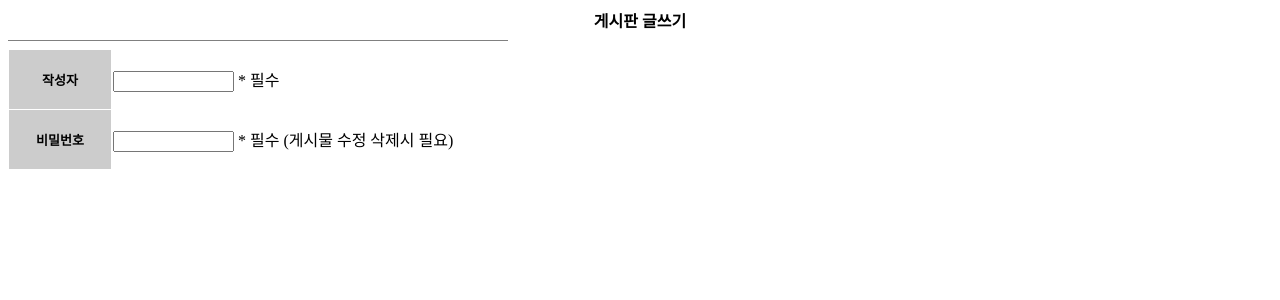
Repository: kalmia26/Capstone
Page: http://localhost/LectureSystem/write2.jsp
An editor plug-in stored every save of this project. The page is shown before and after the next save, followed by the edit.
The browser window is 1280 px wide. The pictures show the whole page.
The page is served by Tomcat 9.

Above is the page before, as saved 2017-05-08 22:04:36.

After the next save:
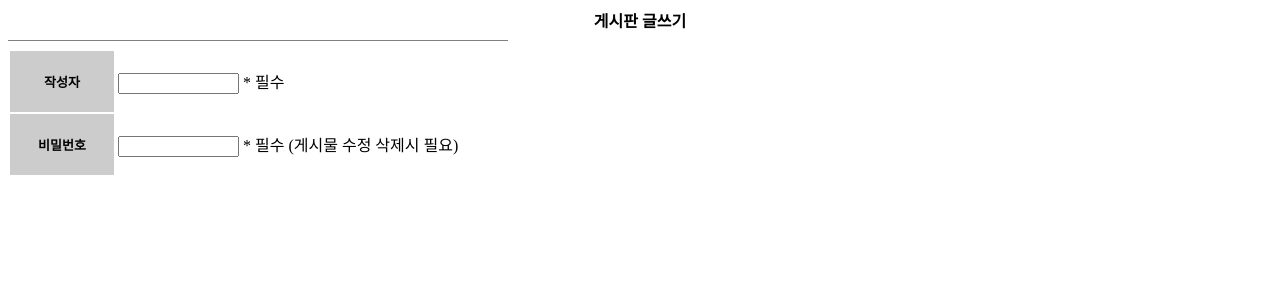
Saved 52 s later.
--- a/LectureSystem/WebContent/write2.jsp
+++ b/LectureSystem/WebContent/write2.jsp
@@ -44,7 +44,7 @@ Write.submit();
 </table>
 
 <form Name='write1' action="write_input.jsp" Method='post' onsubmit="return Check()">
-	<table border='0' width='600' cellpadding='1' cellspacing='1'>
+	<table border='0' width='600' cellpadding='2' cellspacing='2'>
 		<tr>
 			<td width='100' bgcolor='cccccc'>
 				<font size='2'><center><b>작성자</b></center></font>
